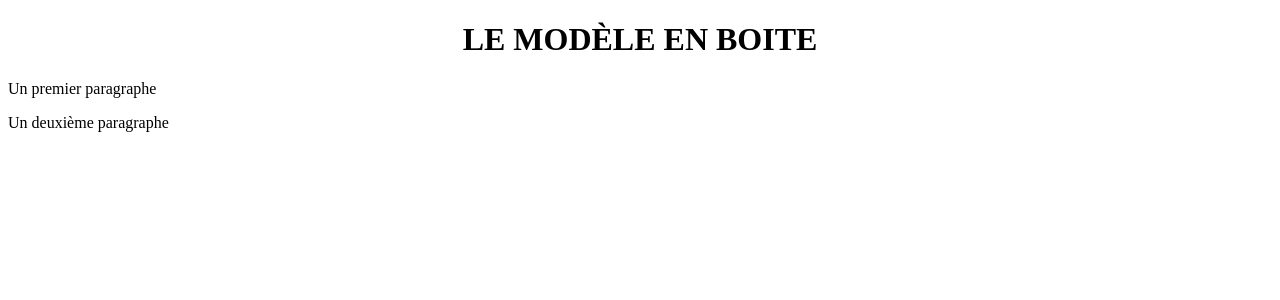
Repository: serviceshuios/-git-reference-java-lyon-worspace
Page: workspaceWeb/MaPremierePage/WebContent/modeleEnBoite.html
These files come from the project's save history. The page is drawn as it stood at one moment and after the next save; the edit follows.
The browser window is 1280 px wide. The pictures show the whole page.

Above is the page before, as saved 2017-04-04 07:56:48.

### workspaceWeb/MaPremierePage/WebContent/modeleEnBoite.html
<!DOCTYPE html>
<html>
<head>
	<title>mise en forme de texte</title>
	<link rel="stylesheet" href="css/style10.css" />
</head>
<body>
<div>
	<h1>le modèle en boite</h1>
	<p>Un premier paragraphe</p>
	<p>Un deuxième paragraphe</p>
</div>
</body>
</html>

### workspaceWeb/MaPremierePage/WebContent/css/style10.css
h1{
	text-align: center;
	text-transform: uppercase;
}
.p1{
	text-align:left;
	text-transform: lowercase;
}
.p2 {
	text-align:right;
	text-transform: capitalize;
}

After the next save:
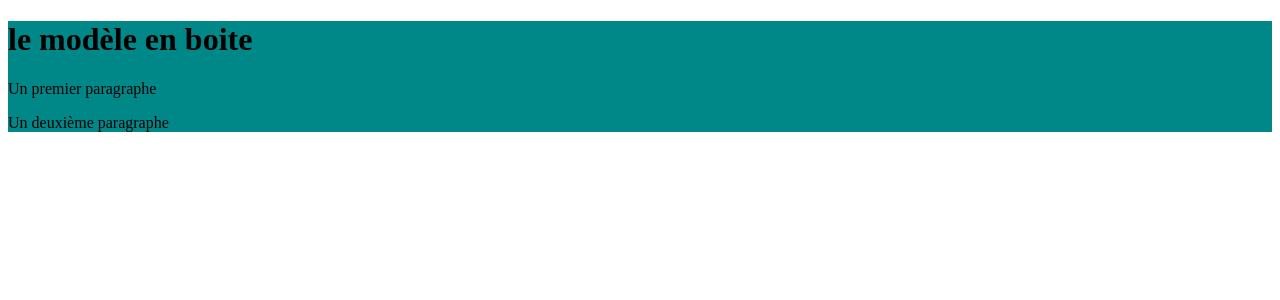
Saved 50 s later.
--- a/workspaceWeb/MaPremierePage/WebContent/css/style10.css
+++ b/workspaceWeb/MaPremierePage/WebContent/css/style10.css
@@ -1,12 +1,3 @@
-h1{
-	text-align: center;
-	text-transform: uppercase;
+div{
+	background-color: #088;
 }
-.p1{
-	text-align:left;
-	text-transform: lowercase;
-}
-.p2 {
-	text-align:right;
-	text-transform: capitalize;
-}
